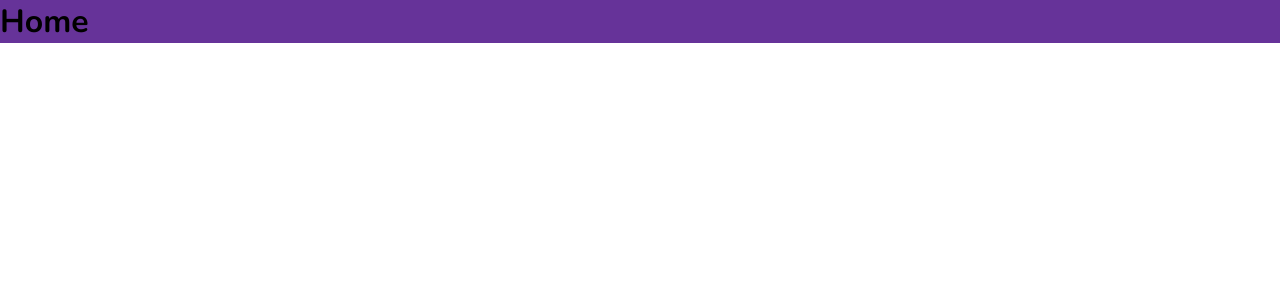
Repository: maescode/simple-react-admin-dashboard
Page: /super-heroes
These files come from the project's save history. The page is drawn as it stood at one moment and after the next save; the edit follows.
The browser window is 1280 px wide. The pictures show the whole page.
The project was rebuilt for these pictures with package versions that can differ from the ones it lists, and the page was loaded fresh each time. Also part of the build but not shown: src/App.css.

Above is the page before, as saved 2022-07-30 06:40:23.

### public/index.html
<!DOCTYPE html>
<html lang="en">
  <head>
    <meta charset="utf-8" />
    <link rel="icon" href="%PUBLIC_URL%/favicon.ico" />
    <meta name="viewport" content="width=device-width, initial-scale=1" />
    <meta name="theme-color" content="#000000" />
    <meta
      name="description"
      content="Web site created using create-react-app"
    />
    <link rel="apple-touch-icon" href="%PUBLIC_URL%/logo192.png" />
    <link rel="manifest" href="%PUBLIC_URL%/manifest.json" />
    <link rel="preconnect" href="https://fonts.googleapis.com" />
    <link rel="preconnect" href="https://fonts.gstatic.com" crossorigin />
    <link
      href="https://fonts.googleapis.com/css2?family=Nunito:ital,wght@0,200;0,300;0,400;0,500;0,600;0,700;0,800;1,500&display=swap"
      rel="stylesheet"
    />
    <style>
      * {
        font-family: Nunito;
        margin: 0;
      }
    </style>
    <title>Dashboard</title>
  </head>
  <body>
    <noscript>You need to enable JavaScript to run this app.</noscript>
    <div id="root"></div>
  </body>
</html>

### src/App.js
import './App.css';
import Home from './pages/home/Home';

function App() {
  return (
    <>
      <Home />
    </>
  );
}

export default App;

### src/pages/home/Home.jsx
import React from 'react';
import './home.scss';

const Home = () => {
  return (
    <div className="home">
      <h1 className="title">Home</h1>
    </div>
  );
};

export default Home;

### src/pages/home/home.scss
.home {
  background-color: rebeccapurple;
  .title {
    columns: white;
  }
}

Loaded but not shown: src/index.js (common file); src/index.css (common file); src/reportWebVitals.js (common file)

After the next save:
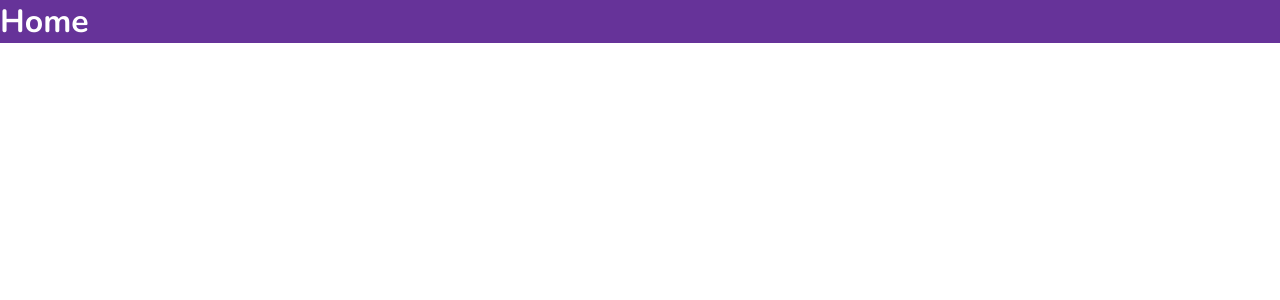
Saved 35 s later.
--- a/src/pages/home/home.scss
+++ b/src/pages/home/home.scss
@@ -1,6 +1,6 @@
 .home {
   background-color: rebeccapurple;
   .title {
-    columns: white;
+    color: white;
   }
 }
